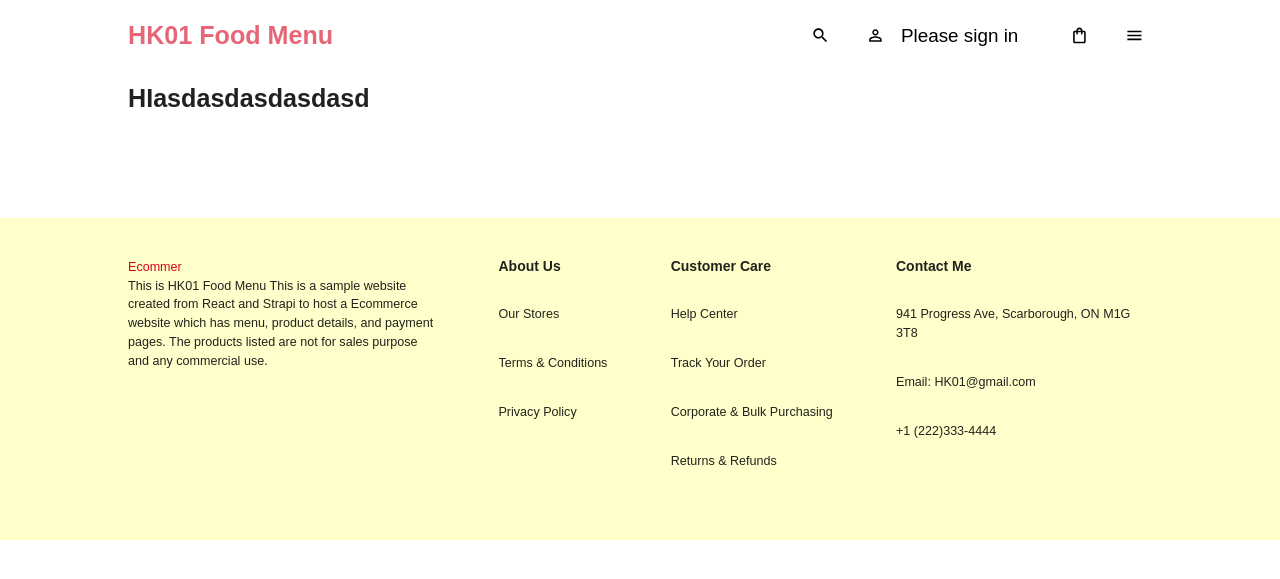
Repository: victorleung93/comp231-002-Team-1-_HK01_FoodMenu
Page: /order (app in client/)
The author's editor kept a copy of each file at every save. The page is drawn from the files as they stood at one save, then again after a run of saves.
The browser window is 1280 px wide. The pictures show the whole page.
Some web fonts or font styles are not loaded; a fallback is used. The project was rebuilt for these pictures with package versions that can differ from the ones it lists, and the page was loaded fresh each time. Also part of the build but not shown: client/src/scenes/home/MainCarousel.jsx, client/src/components/itemList.jsx, client/src/scenes/home/ShoppingList.jsx, client/src/scenes/home/Subscribe.jsx, client/src/scenes/home/Home.jsx, client/src/scenes/about/About.jsx, client/src/scenes/menu/Menu.jsx, client/src/scenes/itemdetail/ItemDetails.jsx and 2 more.

Above is the page before, as saved 2023-04-08 01:35:58.

After the next 2 saves:
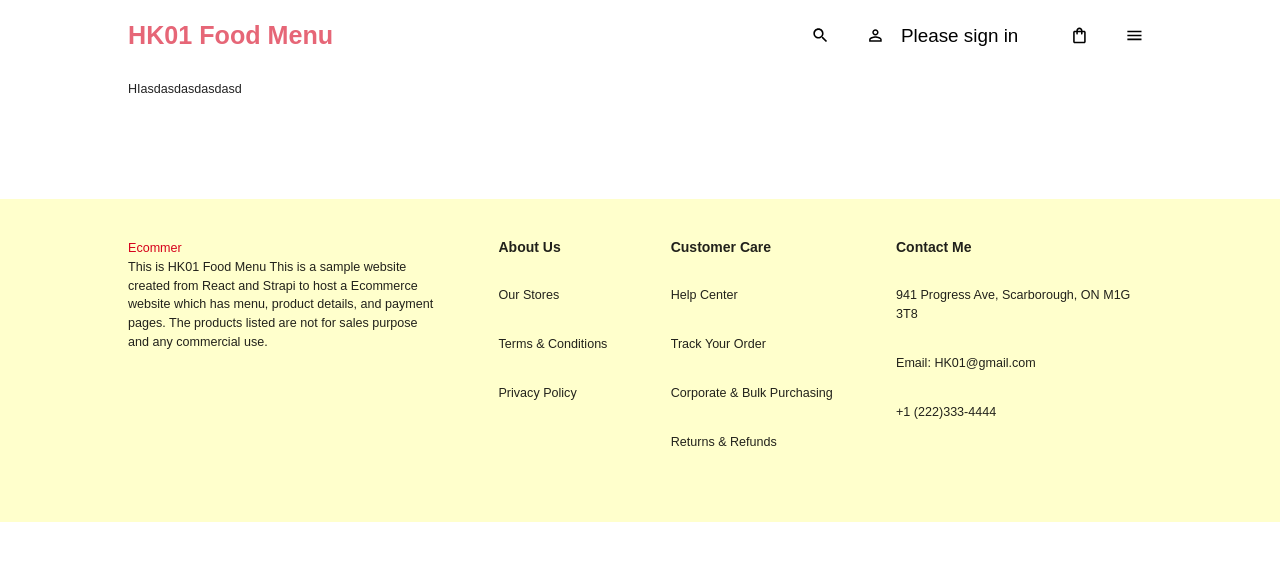
The 2 saves are shown as one change because 1 did not build or start.
The last was saved 36 s later.
--- a/client/src/scenes/order/order.jsx
+++ b/client/src/scenes/order/order.jsx
@@ -58,7 +58,7 @@ console.log(cart);
   return (
     <div className="App"  style={{width:"80%", margin:"80px auto"}}>
 
-      <h1> {cart.map((el) => {
+   {cart.map((el) => {
           return (
             <tr key={el._id}>
                    <td><img src={el.image} alt="" /></td>
@@ -70,7 +70,7 @@ console.log(cart);
 
             </tr>
           );
-        })}HIasdasdasdasdasd</h1>
+        })}HIasdasdasdasdasd
     </div>
     // <Box width="80%" m="100px auto">  <h1>Hi</h1></Box>
 
